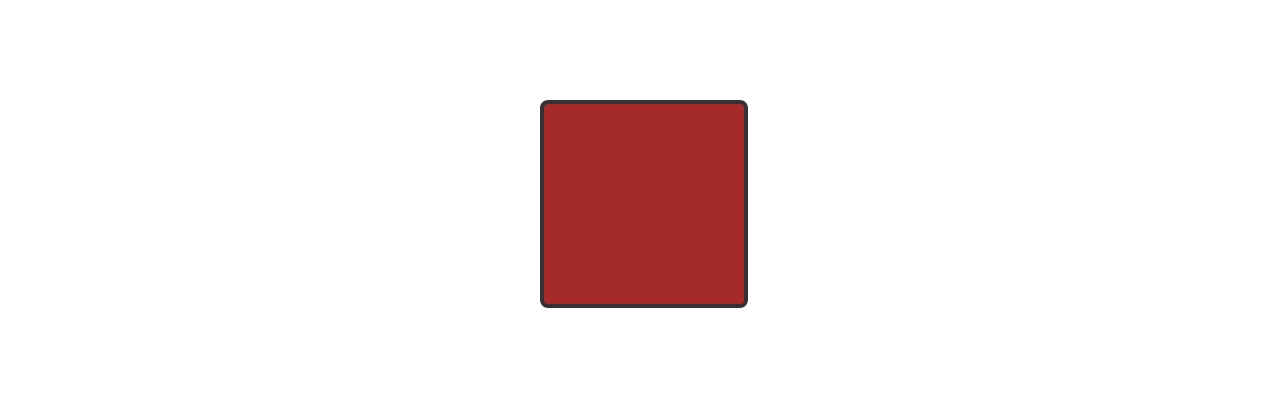
Repository: Lukatoshi/League-of-legends
Page: Ornn/index.html
These files come from the project's save history. The page is drawn as it stood at one moment and after the next save; the edit follows.
The browser window is 1280 px wide. The pictures show the whole page.

Above is the page before, as saved 2025-05-11 19:05:25.

### Ornn/index.html
<!DOCTYPE html>
<html lang="pt">
<head>
    <meta charset="UTF-8">
    <meta name="viewport" content="width=device-width, initial-scale=1.0">
    <link rel="stylesheet" href="/Ornn/src/css/bau-animation.css">
    <title>League of Leagens - Ornn</title>
</head>
<body>
    <div class="bau-container">
        <div class="bau tampado"></div>
        <div class="luz"></div>
    </div>
    <main>

    </main>
</body>
<script src="/Ornn/src/js/animacao-bau.js"></script>
</html>

### Ornn/src/css/bau-animation.css
.bau-container{
    position: relative;
    width: 200px;
    height: 200px;
    margin: 100px auto;
}

.bau{
    width: 100%;
    height: 100%;
    background: brown;
    border: 4px solid #333;
    border-radius: 8px;
    position: relative;
    transform-origin: bottom center;
    transition: transform 1s ease-in-out;
}

.bau.abrindo{
    transform: rotateX(60deg);
}

.luz{
    position: absolute;
    top: 50%;
    left: 50%;
    width: 150%;
    height: 150%;
    background: radial-gradient(circle, gold, transparent);
    opacity: 0;
    transform: translate(-50%, -50%) scale(0.8);
    transition: opacity 0.5s ease, trasnform 0.5s ease;
    border-radius: 50%;
    z-index: -1;
}

.bau.abrindo ~ .luz{
    opacity: 1;
    transform: translate(-50%, -50%) scale(1.2);
}

### Ornn/src/js/animacao-bau.js
window.addEventListener('DOMContentLoaded', () => {
    setTimeout(() =>{
        document.querySelector('.bau').classList.add('.abrindo');
    }, 500);
});

After the next save:
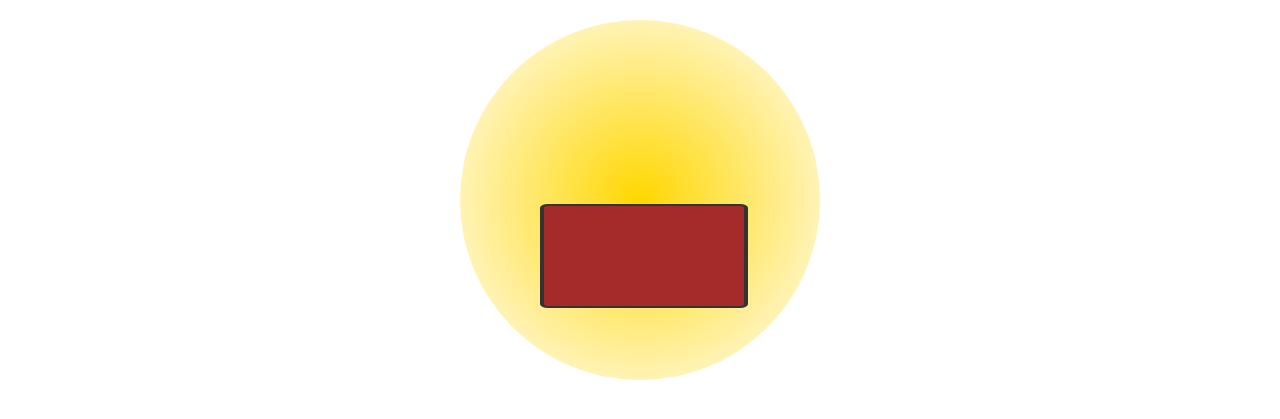
Saved 97 s later.
--- a/Ornn/src/js/animacao-bau.js
+++ b/Ornn/src/js/animacao-bau.js
@@ -1,5 +1,5 @@
 window.addEventListener('DOMContentLoaded', () => {
     setTimeout(() =>{
-        document.querySelector('.bau').classList.add('.abrindo');
+        document.querySelector('.bau').classList.add('abrindo');
     }, 500);
 });
